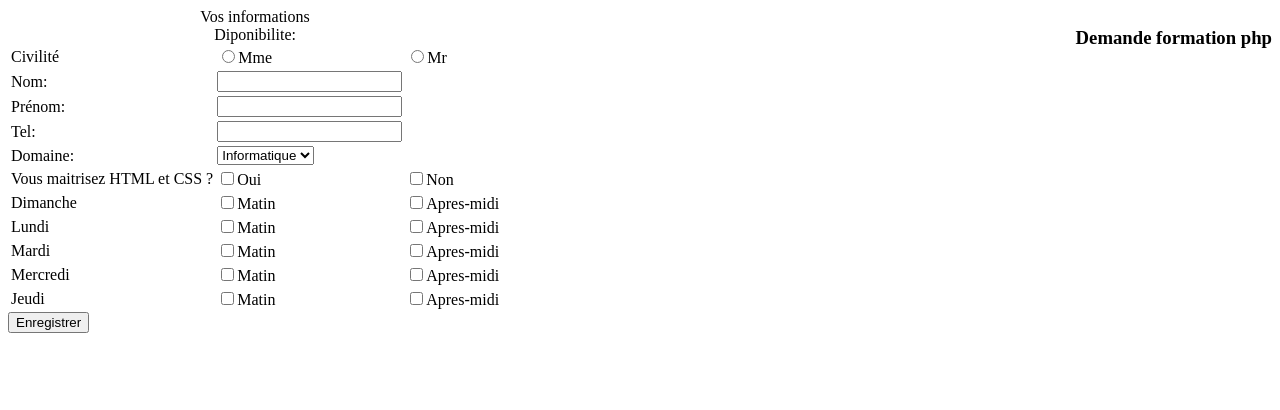
Repository: imouahrani/Gestion-des-stagiaires_JAVAEE
Page: http://localhost/LoginProjet/FormulaireInscription.jsp
The author's editor kept a copy of each file at every save. The page is drawn from the files as they stood at one save, then again after the next save.
The browser window is 1280 px wide. The pictures show the whole page.
The page is served by Tomcat 9. Other server files are loaded and not shown. The template is opened directly, without the code that normally fills it, so the values that code supplies are empty.

Above is the page before, as saved 2018-08-02 08:55:56.

### Formation Java Entreprise Edition/LoginProjet/WebContent/FormulaireInscription.jsp
<%@ page language="java" contentType="text/html; charset=UTF-8"
    pageEncoding="UTF-8"%>
<!DOCTYPE html PUBLIC "-//W3C//DTD HTML 4.01 Transitional//EN" "http://www.w3.org/TR/html4/loose.dtd">
<html>
<head>
<meta http-equiv="Content-Type" content="text/html; charset=UTF-8">
<title>Insert title here</title>
</head>
<body>

<b style="color: red;">
<%

String message = (String)request.getAttribute("m");
if(message != null){

	out.println(message);
}


%>
</b>

<form action="TraiteInscription" method="post">
<h3 style="float: right;">Demande formation php</h3>

<table>
<caption>Vos informations</caption>
<tr>

<td>Civilité</td>
<td><input type="radio" name ="civilite">Mme</td>
<td><input type="radio" name ="civilite">Mr</td>



</tr>

<tr>

<td>Nom:</td>
<td><input type="text" name ="nom"></td>


</tr>
<tr>

<td>Prénom:</td>
<td><input type="text" name ="prenom"></td>


</tr>
<tr>

<td>Tel:</td>
<td><input type="text" name ="tel"></td>


</tr>
<tr>

<td>Domaine:</td>
<td>

<select name="domaine">
  <option>Informatique</option>
  <option>Automatique</option>

</select>

</td>


</tr>
<tr>

<td>Vous maitrisez HTML et CSS ?</td>
<td><input type="checkbox" name ="question">Oui</td>
<td><input type="checkbox" name ="question">Non</td>


</tr>
<caption>Diponibilite:</caption>
<tr>
<td>Dimanche</td>
<td><input type="checkbox" name ="matin">Matin</td>
<td><input type="checkbox" name ="aprem">Apres-midi</td>


</tr>


<tr>
<td>Lundi</td>
<td><input type="checkbox" name ="matin">Matin</td>
<td><input type="checkbox" name ="aprem">Apres-midi</td>


</tr>
<tr>
<td>Mardi</td>
<td><input type="checkbox" name ="matin">Matin</td>
<td><input type="checkbox" name ="aprem">Apres-midi</td>


</tr>
<tr>
<td>Mercredi</td>
<td><input type="checkbox" name ="matin">Matin</td>
<td><input type="checkbox" name ="aprem">Apres-midi</td>


</tr>
<tr>
<td>Jeudi</td>
<td><input type="checkbox" name ="matin">Matin</td>
<td><input type="checkbox" name ="aprem">Apres-midi</td>


</tr>







</table>


<input type="submit" value="Enregistrer">



</form>














</body>
</html>

After the next save:
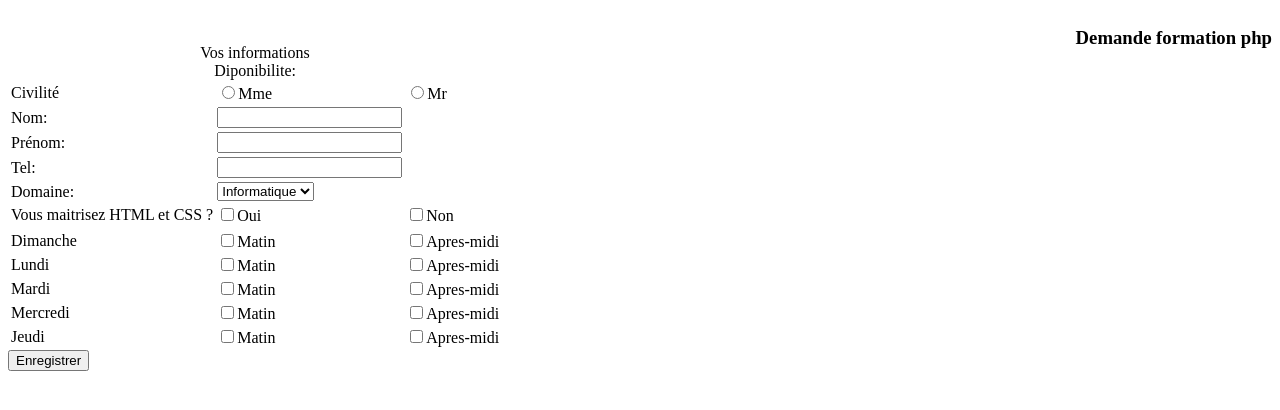
Saved 109 s later.
--- a/Formation Java Entreprise Edition/LoginProjet/WebContent/FormulaireInscription.jsp
+++ b/Formation Java Entreprise Edition/LoginProjet/WebContent/FormulaireInscription.jsp
@@ -80,8 +80,9 @@ if(message != null){
 
 
 </tr>
+<tr>
 <caption>Diponibilite:</caption>
-<tr>
+<br><br>
 <td>Dimanche</td>
 <td><input type="checkbox" name ="matin">Matin</td>
 <td><input type="checkbox" name ="aprem">Apres-midi</td>
